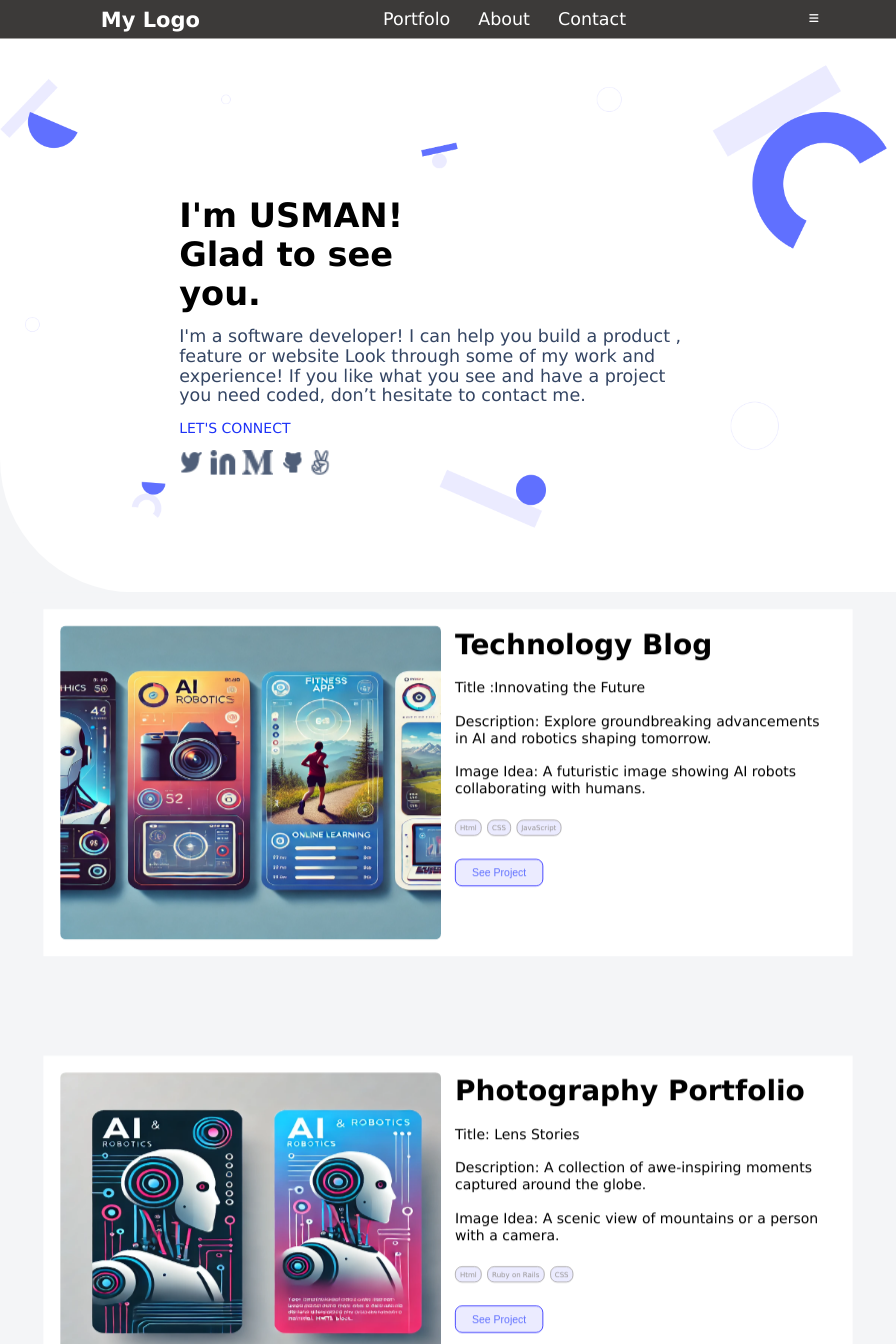
Repository: usman3123/portfolio-template-3
Page: index.html
An editor plug-in stored every save of this project. The page is shown before and after the next save, followed by the edit.
The browser window is 1280 px wide. The pictures show the part of the page from y = 0 to 1920 px (the page is 4613 px tall before and 4137 px after), at 70% of full size.
Some web libraries are served in a nearby version.

Above is the page before, as saved 2025-02-11 09:47:08.

### index.html
<!DOCTYPE html>
<html lang="en">
<head>
  <meta charset="UTF-8">
  <meta name="viewport" content="width=device-width, initial-scale=1.0">
  <title>project 2</title>
  <link rel="stylesheet" href="style.css">
  <link href='https://unpkg.com/boxicons@2.1.4/css/boxicons.min.css' rel='stylesheet'>
  <link rel="stylesheet" href="https://cdnjs.cloudflare.com/ajax/libs/font-awesome/6.6.0/css/all.min.css" integrity="sha512-Kc323vGBEqzTmouAECnVceyQqyqdsSiqLQISBL29aUW4U/M7pSPA/gEUZQqv1cwx4OnYxTxve5UMg5GT6L4JJg==" crossorigin="anonymous" referrerpolicy="no-referrer" />
  <link rel="stylesheet" href="https://cdnjs.cloudflare.com/ajax/libs/font-awesome/6.6.0/css/all.min.css" integrity="sha512-Kc323vGBEqzTmouAECnVceyQqyqdsSiqLQISBL29aUW4U/M7pSPA/gEUZQqv1cwx4OnYxTxve5UMg5GT6L4JJg==" crossorigin="anonymous" referrerpolicy="no-referrer" />

  <link rel="stylesheet" href="https://cdnjs.cloudflare.com/ajax/libs/font-awesome/6.7.2/css/all.min.css">
  <link rel="preconnect" href="https://fonts.googleapis.com">
<link rel="preconnect" href="https://fonts.gstatic.com" crossorigin>
<link href="https://fonts.googleapis.com/css2?family=Poppins:ital,wght@0,100;0,200;0,300;0,400;0,500;0,600;0,700;0,800;0,900;1,100;1,200;1,300;1,400;1,500;1,600;1,700;1,800;1,900&display=swap" rel="stylesheet">
</head>

<body>
<section class="wholebody">
  <section class="webpage">
    <div class="herostyle"></div>
    <!-- Navbar -->

   <div class="hero-page">
    <div class="header-div">
      <nav class="nav-bar flex">
          <h4 class="nav-heading">My Logo</h4>
          <div class="nav-links flex">
              <a href="#myportfolio" class="link">Portfolo</a>
              <a href="#myabout" class="link">About</a>
              <a href="#mycontact" class="link" >Contact</a>
          </div>
          <i class="fa-solid fa-light fa-bars fa-xl nav-icon"></i>
      </nav>
  </div>

    <!-- Main Content -->
    <section id="myportfolio" class="hero-section flex">
      <div class="hero-content flex">
          <h1 class="hero-head"> I'm USMAN!
            Glad to see you.
        </h1>
        <p class="hero-p">
           I'm a software developer! I can help you build a product , feature or website Look through  some of my work and experience! If you like what you see and have a project you need coded, don’t hesitate to contact me.
        </p>
       <p class="let-connect"> LET'S CONNECT</p>

        <div class="icons flex">
            <img src="/assets/twitter.png" class="media-icon">
            <img src="assets/Linkedin.png" class="media-icon">
            <img src="assets/M.png" class="media-icon">
            <img src="assets/Github.png" class="media-icon">
            <img src="assets/V.png" class="media-icon">
        </div>
      </div>
    </section>

   </div>
    <!-- Cards Section -->

    <div class="overlay">
      <section class="cards flex">

      </section>

    </div>

     <!-- ABOUT MYSELF -->

     <section id="myabout" class="about flex">

      <div class="about-intro flex">
        <h1 class="about-head">About Myself</h1>
        <p class="about-paragraph">Hello I'm a software developer! I can help you build a product , feature or website Look through some of my work and experience! If you like what you see and have a project you need coded, don't hesitate to contact me.</p>
          <p class="connect">Let's Connect</p>
          <div class="icons flex icon-gap">
            <img src="assets/twitter.png" class="twitter">
            <img src="assets/Linkedin.png" class="inimage">
            <img src="assets/M.png" class="mimage">
            <img src="assets/Github.png" class="tomimage">
            <img src="assets/V.png" class="protocol">
        </div>
        <button class="content-btn rsm-btn"> Get my resume</button>
      </div>

      <div class="about-skills flex">
        <div class="about-all flex">
          <p>Languages</p>
          <i class='bx bx-chevron-down'></i>
        </div>
        <div class="about-lang flex">
          <div class="about-lang-img flex">
            <i class="fa-brands fa-js sty-i" style="color: #ff0000;"></i>
            <p>JavaScript</p>
          </div>
          <div class="about-lang-img flex">
            <i class="fa-brands fa-html5 sty-i" style="color: #FFD43B;"></i>
            <p>Html</p>

          </div>
          <div class="about-lang-img flex">
            <i class="fa-brands fa-css3-alt sty-i" style="color: #74C0FC;"></i>
            <p>css</p>
          </div>
        </div>
        <div class="about-all flex">
          <p> Frameworks</p>
          <i class='bx bx-chevron-right'></i>
        </div>
        <div class="about-all flex">
          <p>Skills</p>
          <i class='bx bx-chevron-right'></i>
          </div>
          </div>
    </section>


    <!-- Contact section -->

      <section id="mycontact" class="contact-section flex">
      <h1 class="contact-heading">Contact Me</h1>
      <p class="contact-description flex">
          If you have an application you are interested in developing, a feature that you need built, or a project that needs coding, I'd love to help with it!
      </p>
      <form class="contact-form flex">
          <input class="form-input" type="text" placeholder="Your Name">
          <input class="form-input" type="email" placeholder="Your Email">
          <textarea class="form-message" placeholder="Write your message here..."></textarea>
          <button class="form-button flex">Get in Touch</button>
      </form>

  </section>
  </section>

</section>
<div class="container"></div>


<script src="index.js"></script>
</body>
</html>

### style.css
*{
    margin: 0;
    padding: 0;
    box-sizing: border-box;
}

body {
    font-family: Verdana, Geneva, Tahoma, sans-serif;
    background-color: #f4f5f7;
    position: relative;
}


.flex {
    display: flex;
}

/* nav-bar */

.header-div {
    background-color: #3c3a39;
    width: 100%;
}

.nav-bar {
    justify-content: space-between;
    color: white;
    max-width: 1204px;
    align-items: center;
    padding: 10px 24px;
}

.nav-heading {
    font-size: 30px;
    padding-left: 120px;
}

.nav-links {
    gap: 40px;
    align-items: center;
    font-size: 25px;
    display: none;
}
.nav-icon {
    display: flex;
    width: 24px;
}



/* hero-section */

.hero-page {
    background-color: white;
    border-bottom-left-radius: 190px;
    background-image: url(/assets/Header\ bg@2x.png);
    background-size: contain;
    max-height: 846px;
    height: 100%;
    background-position: center;
    background-repeat: no-repeat;
    max-width: 1440px;
}
.herostyle {
        top: 0;
        left: 0;
        width: 100%;
        height: 100%;
        max-height: 900px;
    }
.blur {
    filter: blur(8px);
    z-index: 100;
    background-color: #6070ff;
}
.hero-section {
    height: 846px;
    align-items: center;
    justify-content: center;
    padding-left: 20%;
}
.hero-content {
    flex-direction: column;
    gap: 20px;
}
.hero-head {
    font-size: 48px;
    font-weight: 700;
    width: 35%;
}

.hero-p {
    font-size: 25px;
    line-height: 28px;
    color: #344563;

    width: 73%;
}

.let-connect {
    color: #1d32f7;
    font-size: 20px;
    font-weight: 500;
    line-height: 24px;
}

.media-icon {
    height: 35px;
}

.icons {
    gap: 10px;
}

.nav-head {
    max-width: 1440px;
    width: 100%;
}
.enable {
    color: blue;
}
.link {
    color: white;
    text-decoration: none;
}

/* card-section */

.cards {
    flex-direction: column;
    align-items: center;
    gap:142px;
    padding: 24px;
    position: relative;
}
.card {
    background-color: white;
    max-width: 1156px;
    max-height: 496px;
    width: 100%;
    padding: 24px;
    gap: 20px;
}
.card-img {
    max-width: 544px;
    width: 50%;
    border-radius:8px ;
}

.card-content {
    flex-direction: column;
    gap: 24px;
}

.card-head {
    font-size: 40px;
    font-weight: 700;
    line-height: 52px;
}
#photo-content {
    font-size: 40px;
    font-weight: 700;
    line-height: 52px;
}
.content-p {
    font-size: 20px;
    font-weight: 400;
    line-height: 24px;
}
.content-sp {
    font-size: 20px;
    font-weight: 400;
    line-height: 24px;
}

.languages {
    gap: 8px;
    align-items: center;
}

.lang {
    padding: 4px 12px;
    color: #6070ff;
    background-color: #ebebff;
    border-radius: 10px;
}

.content-btn {
    max-width: 126px;
    width: 100%;
    padding: 4px 12px;
    color: #6070ff;
    background-color: #ebebff;
    border-radius: 10px;
    padding: 10px;
    border: 1px solid blue;
    font-size: 15px;
}

/* about-section */

.about {
    padding: 10%;
    gap: 30px;
}

.about-intro {
    flex-direction: column;
    max-width: 447px;
    max-height: 331px;
    gap: 10px;
}

.about-head {
    font-size: 30px;
    font-weight: 700;
    line-height: 52px;
}
.about-paragraph {
    font-size: 16px;
    line-height: 24px;
}
.connect {
    color: #6070ff;
    font-size: 25px;
}

.about-skills {
    max-width: 684px;
    flex-direction: column;
    width: 100%;
    gap: 20px;
}

.about-all {
    justify-content: space-between;
    font-size: 25px;
}
.about-lang {
    gap: 20px;
    padding: 12px;
}
.about-lang-img {
    flex-direction: column;
    gap: 12px;
}
.sty-i {
    font-size: 80px;
}
.about-lang-img > p {
    font-size: 25px;
}
.contact-section {
    flex-direction: column;
    align-items: center;
    gap: 24px;
    background-color: #6070ff;
    background-image: url(/assets/contact\ form\ background\ shapes@2x.png);
    background-size: contain;
    background-repeat: no-repeat;
    border-top-left-radius: 100px;
    padding: 100px 24px;
}
.contact-heading {
    font-size: 3rem;
    font-weight: 700;
    line-height: 5.2rem;
    color: white;
}
.contact-description {
    max-width: 569px;
    font-size: 1.5rem;
    text-align: center;
    color: white;
    max-height: 137px;

}
.contact-form {
    gap: 27px;
    flex-direction: column;
    max-width: 447px;
    width: 100%;
    align-items: center;
}

.form-input {
    padding: 15px 16px;
    background-color: white;
    color: black;
    font-size: 20px;
    width: 100%;
}
.form-message {
    color: black;
    font-size: 20px;
    padding: 15px 16px;
    height: 170px;
    width: 100%;
}
.form-button {
    padding: 12px 15px;
    color: blue;
    font-size: 17px;
    font-weight: 500;
    align-items: center;
    width: 130px;
}
html {
    font-size: 62.5%;
}

.container {
    max-width: 1156px;
    width: 100%;

}

.inner-container {
    padding: 24px;
    width: 100%;
    height: 100%;
    max-width: 1156px;
    max-height: 1163px;
    position: absolute;
    top: 228%;
    left: 50%;
    transform: translate(-50%,-50%);
    background-color: white;

}
.overlay {
    width: 100%;
    height: 100%;
    background: #f4f5f7;
    backdrop-filter: blur(8px);
}
.remove {
    display: none;
}

.blur {
    filter: blur(15px);
}
.heading > h2{
    align-items: center;
    justify-content: space-between;
}

.languages {
    gap: 8px;
}


.wrapimg {
    width: 100%;
    height: 60.3%;
    max-width: 1108px;
    max-height: 586px;
}

.p3 {
    display: none;
}

.paragraph {
    color: #344563;
    font-size: 2rem;
}

.btnimg {
    width: 20px;
    height: 20px;
}

.livebtn {
    width: 43.6%;
    height: 48px;
    gap: 20px;
    padding: 12px 16px;
    background-color: #36B37F;
    color: white;
    font-size: 17px;
    align-items: center;
}

.sourcebtn {
    width: 49%;
    height: 48px;
    gap: 20px;
    padding: 12px 16px;
    background-color: #36B37F;
    color: white;
    font-size: 17px;
    align-items: center;
}

.livebtn > p {
    font-size: 1.7rem;
    line-height: 2.4rem;
    font-weight: 700;
}

.buttons {
    width: 311px;
    height: 56px;
    gap: 24px;
    margin-top: 30px;
}

.btnimg {
    filter: brightness(0) invert(1);
}

.languages {
    padding: 9px 0;
}

.heading > h2 {
    font-size: 32px;
    line-height: 44px;
}
.icon-head {
    justify-content: space-between;
    font-size: 3rem;
}
.lang {
    font-size: 1rem;
    color: #979493;
    padding: 5px 6px;
    border: 1px solid #979493;
}

.style {
    position: fixed;
    transform: translate(-50%,-50%);
    top: 50%;
}

@media (max-width :600px) {
    .p1 {
     display: none;;
    }

    .p2 {
        display: none;
    }

    .p3 {
        display: block;
    }

    .wrap {
        flex-direction: column;
        padding-top: 20px;
    }

    .wrapimg {
        width: 100%;
        height: 29.3%;
        max-width: 872px;
        max-height: 616px;
    }
    .inner-container {
        height: 75%;
    }
    .heropage {
        border-radius: 0;
    }
}








@media (max-width : 1100px) {
    .hero-head {
        width: 53%;
    }
    .card-head {
        font-size: 2rem;
    }
    #photo-head {
        font-size: 27px;
    }
    .content-p {
        font-size: 15px;
    }
    .content-sp {
        font-size: 15px;
        display: none;
    }
    .card-content {
        gap: 20px;
    }

}
@media (max-width :870px) {
    .card {
        flex-direction: column;
        max-height: 552px;
        padding: 16px;
    }
    .card {
        max-width: 327px;
    }
    .about {
        flex-direction: column;
    }
    .nav-heading {
        padding-left: 0px;
    }


}
@media (max-width : 870px) {
    .hero-head {
        width: 100%;
    }
    .hero-section {
        padding: 24px;
    }
    .hero-p {
        width: 100%;
    }
    .card-img {
        width: 100%;
        height: 18vh;
    }
    .card-content {
        gap: 2px;
    }
}
@media (min-width : 700px) {
    .nav-links {
        display: flex;
    }
    #nav-icon {
        display: none;
    }

}
@media (min-width : 1441px) {
    .card-content {
        gap: 30px;
    }
}

Loaded but not shown: index.js (282 lines, source omitted)

After the next save:
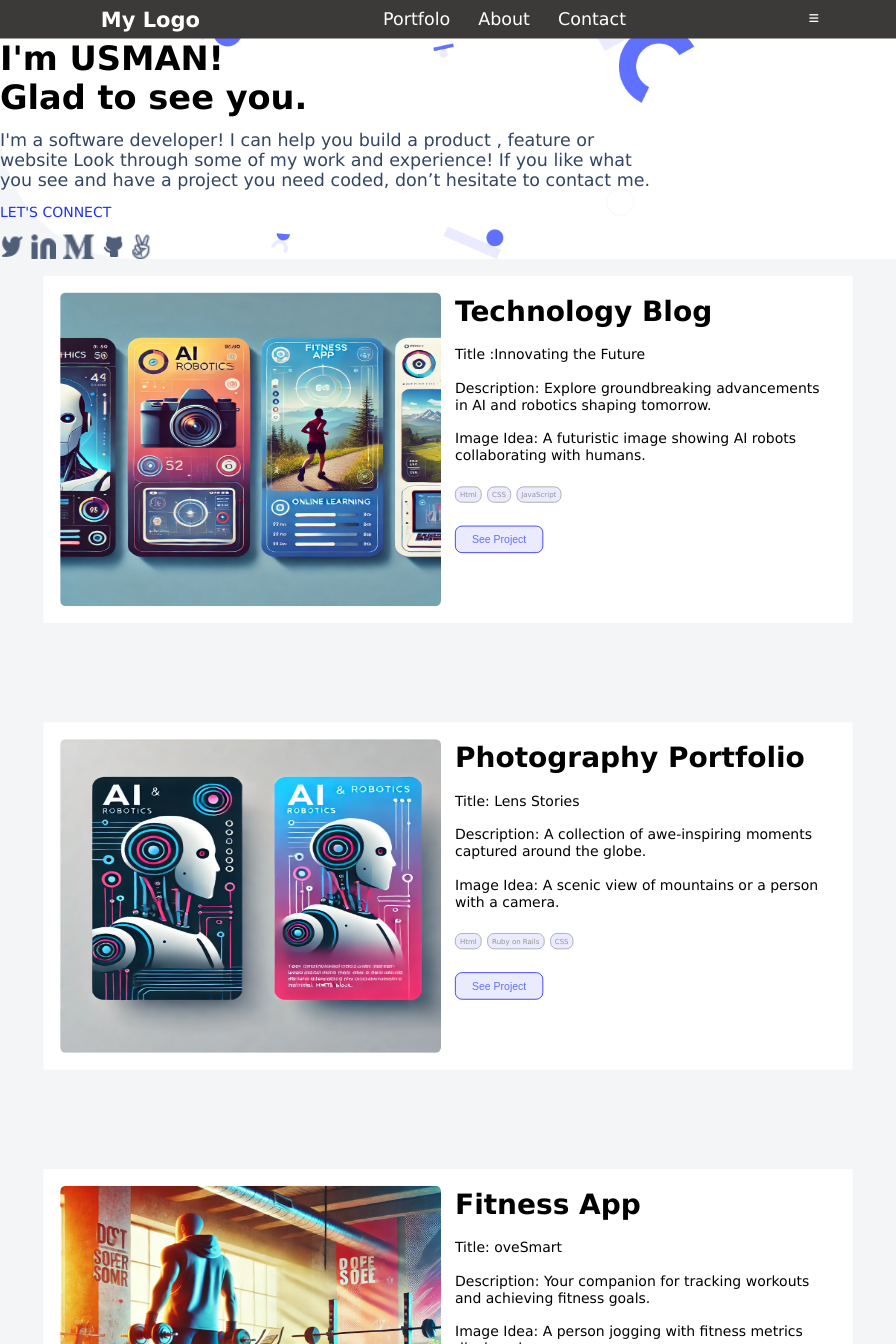
Saved 82 s later.
--- a/style.css
+++ b/style.css
@@ -68,7 +68,7 @@ body {
         height: 100%;
         max-height: 900px;
     }
-.blur {
+/* .blur { */
     filter: blur(8px);
     z-index: 100;
     background-color: #6070ff;

After the save that followed:
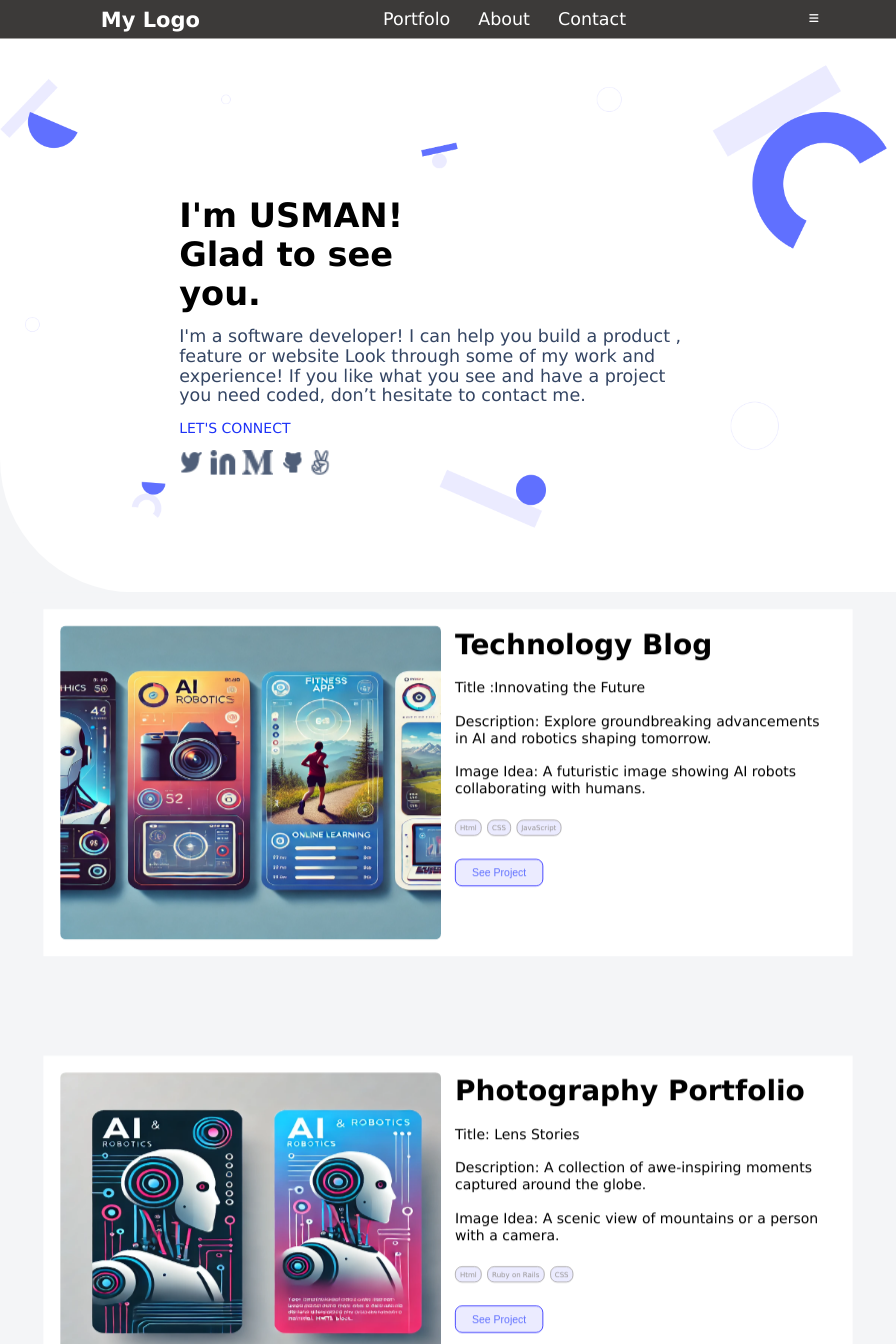
Saved 8 s later.
--- a/style.css
+++ b/style.css
@@ -68,7 +68,7 @@ body {
         height: 100%;
         max-height: 900px;
     }
-/* .blur { */
+.blur {
     filter: blur(8px);
     z-index: 100;
     background-color: #6070ff;
